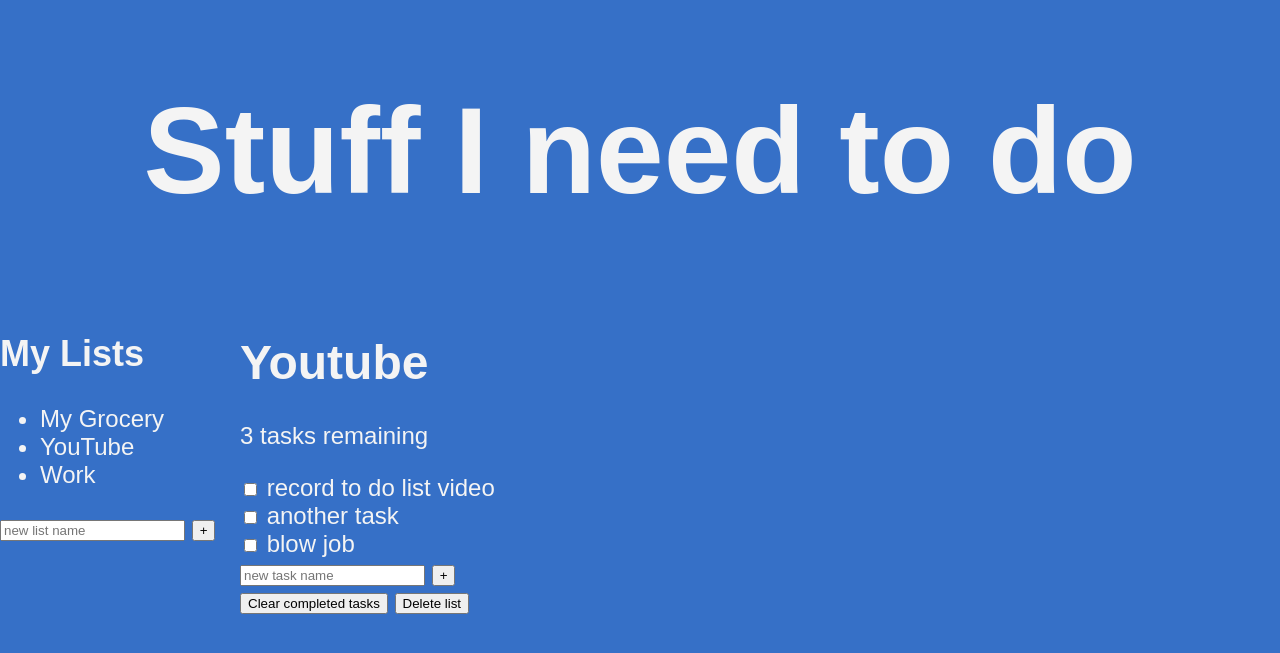
Repository: MohammadMazloum123/To-Do-List-App-
Page: index.html
The author's editor kept a copy of each file at every save. The page is drawn from the files as they stood at one save, then again after a run of saves.
The browser window is 1280 px wide. The pictures show the whole page.

Above is the page before, as saved 2024-02-15 12:33:20.

### index.html
<!DOCTYPE html>
<html lang="en">
<head>
    <meta charset="UTF-8">
    <meta name="viewport" content="width=device-width, initial-scale=1.0">
    <title>To-Do List</title>
    <link rel="stylesheet" href="styles.css">
</head>
<body>
    <h1 class="title">Stuff I need to do</h1>
    <div class="all-tasks">
        <h2 class="task-list-title">My Lists</h2>
        <ul class="task-liist">
            <li class="active-list">My Grocery</li>
            <li>YouTube</li>
            <li>Work</li>
        </ul>
        <form>
            <input type="text" class="new list" placeholder="new list name" aria-label="new list name">
            <button class="btn list" aria-label="create new list">+</button>
        </form>
    </div>
    <div class="todo-list">
        <div class="todo-header">
            <h1 class="list-title">Youtube</h1>
            <p class="task-count">3 tasks remaining</p>
        </div>
        <div class="todo-body">
            <div class="tasks">
                <div class="task">
                    <input type="checkbox" id="task-1">
                    <label for="task-1">
                        <span class="custom-checkbox"></span>
                        record to do list video
                    </label>
                </div>
                <!--Task 1-->
                <div class="task">
                    <input type="checkbox" id="task-2">
                    <label for="task-2">
                        <span class="custom-checkbox"></span>
                        another task
                    </label>
                </div>
                <!--Task 2-->
                <div class="task">
                    <input type="checkbox" id="task-3">
                    <label for="task-3">
                        <span class="custom-checkbox"></span>
                        blow job
                    </label>
                </div>
                <!--Task 3-->
            </div>
            <div class="new-task-creator">
                <form>
                    <input type="text" class="new list" placeholder="new task name" aria-label="new task name">
                    <button class="btn task" aria-label="create new task">+</button>
                </form>
            </div>
            <div class="delete-stuff">
                <button class="btn delete">Clear completed tasks</button>
                <button class="btn delete">Delete list</button>
            </div>
        </div>
    </div>

</body>
</html>

### styles.css
:root{
    --clr-primary: rgb(54, 112, 199);
    --clr-light: #f4f4f4;
    --clr-dark:#333;
    --clr-warning: rgb(99, 36, 36);
}
*,
*::before,
*::after{
    font-family: inherit;
    box-sizing: border-box;
}

body{
    margin: 0;
    font-family: "Work Sans", sans-serif;
    font-weight: 300;
    font-size: 1.5rem;
    background-color: var(--clr-primary);
    color: var(--clr-light);
    display: grid;
    grid:
        "header header header header" auto
        "...... lists active ......" auto /
        1fr minmax(100px, 300px) minmax(250px, 500px) 1fr;
}
.title{
    grid-area: header;
    text-align: center;
    font-weight: 800;
    font-size: calc(7vw + 2rem);
    color: rgba();
}

After the next 4 saves:
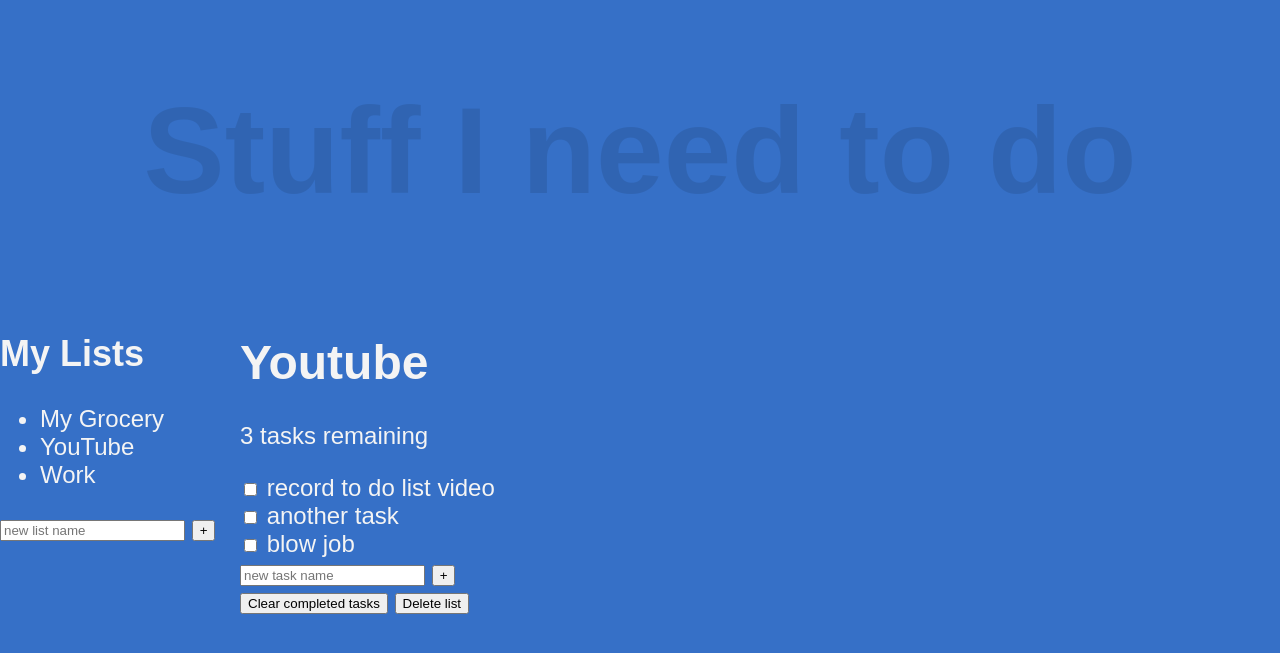
The 4 saves are shown as one change because they came seconds apart.
The last was saved 10 s later.
--- a/styles.css
+++ b/styles.css
@@ -29,5 +29,6 @@ body{
     text-align: center;
     font-weight: 800;
     font-size: calc(7vw + 2rem);
-    color: rgba();
+    color: rgba(0, 0, 0, .1);
+    marh
 }
